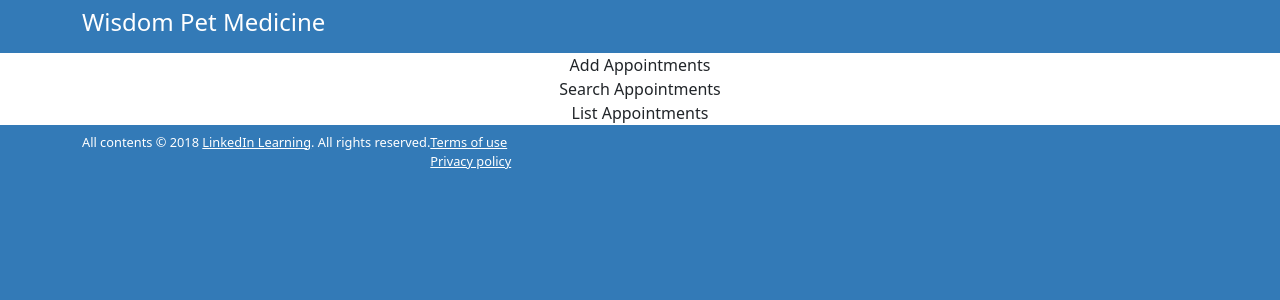
Repository: DevLuDaley/reactinterface
Page: /
An editor plug-in stored every save of this project. The page is shown before and after the next save, followed by the edit.
The browser window is 1280 px wide. The pictures show the whole page.
The project was rebuilt for these pictures with package versions that can differ from the ones it lists, and the page was loaded fresh each time.

Above is the page before, as saved 2021-02-04 16:00:26.

### public/index.html
<!DOCTYPE html>
<html lang="en">
  <head>
    <meta charset="utf-8" />
    <link rel="icon" href="%PUBLIC_URL%/favicon.ico" />
    <meta name="viewport" content="width=device-width, initial-scale=1" />
    <meta name="theme-color" content="#000000" />
    <meta
      name="description"
      content="Web site created using create-react-app"
    />
    <link rel="apple-touch-icon" href="%PUBLIC_URL%/logo192.png" />
    <!--
      manifest.json provides metadata used when your web app is installed on a
      user's mobile device or desktop. See https://developers.google.com/web/fundamentals/web-app-manifest/
    -->
    <link rel="manifest" href="%PUBLIC_URL%/manifest.json" />
    <!--
      Notice the use of %PUBLIC_URL% in the tags above.
      It will be replaced with the URL of the `public` folder during the build.
      Only files inside the `public` folder can be referenced from the HTML.

      Unlike "/favicon.ico" or "favicon.ico", "%PUBLIC_URL%/favicon.ico" will
      work correctly both with client-side routing and a non-root public URL.
      Learn how to configure a non-root public URL by running `npm run build`.
    -->
    <title>React App</title>
  </head>
  <body>
    <noscript>You need to enable JavaScript to run this app.</noscript>
    <header class="container text-white">
      <h4 class="py-2">Wisdom Pet Medicine</h4>
    </header>

    <div id="root"></div>

    <footer class="container d-flex text-white py-2">
      <p>
        All contents &copy; 2018
        <a href="https://www.linkedin.com/learning">LinkedIn Learning</a>. All
        rights reserved.
      </p>
      <div class="ml-auto">
        <a class="d-block text-white" href="#">Terms of use</a>
        <a class="d-block text-white" href="#">Privacy policy</a>
      </div>
      <!-- col-md-6 -->
    </footer>
    <!-- footer -->
  </body>
</html>

### src/index.js
import React from 'react';
import ReactDOM from 'react-dom';
import 'bootstrap/dist/css/bootstrap.css'
import './css/index.css';
import App from './components/App';
import reportWebVitals from './reportWebVitals';
// import * as serviceWorker from './serviceWorker';
import 'jquery/dist/jquery'
import 'popper.js/dist/umd/popper'
import 'bootstrap/dist/js/bootstrap'

ReactDOM.render(
  <React.StrictMode>
    <App />
  </React.StrictMode>,
  document.getElementById('root')
);

// If you want to start measuring performance in your app, pass a function
// to log results (for example: reportWebVitals(console.log))
// or send to an analytics endpoint. Learn more: https://bit.ly/CRA-vitals
// serviceWorker.unregister()
reportWebVitals();

### src/components/App.js
import '../css/App.css';

function App() {
  return (
    <div className="App">
            <main className="page bg-white" id="petratings">
        <div className="container">
          <div className="row">
            <div className="col-md-12 bg-white">
              <div className="container">
                <div>Add Appointments</div>
                <div>Search Appointments</div>
                <div>List Appointments</div>
              </div>
            </div>
          </div>
        </div>
      </main>
    </div>
  );
}

export default App;

Loaded but not shown: src/css/index.css (common file); src/reportWebVitals.js (common file); src/css/App.css (common file)

After the next save:
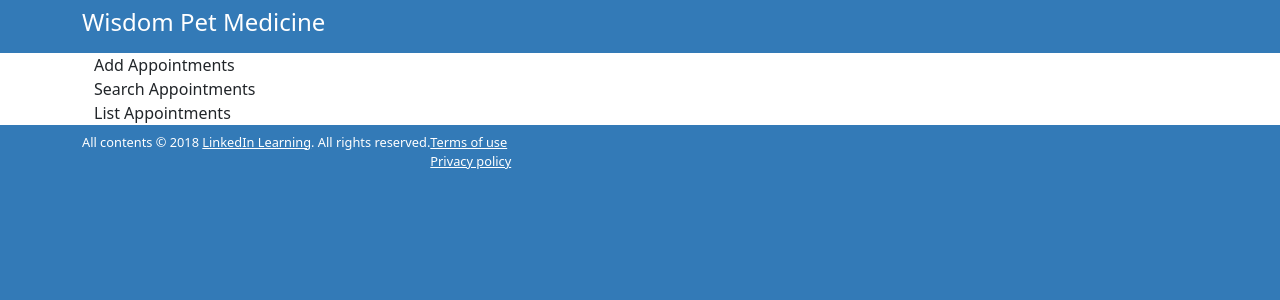
Saved 5 s later.
--- a/src/components/App.js
+++ b/src/components/App.js
@@ -2,7 +2,7 @@ import '../css/App.css';
 
 function App() {
   return (
-    <div className="App">
+    // <div className="App">
             <main className="page bg-white" id="petratings">
         <div className="container">
           <div className="row">
@@ -16,7 +16,7 @@ function App() {
           </div>
         </div>
       </main>
-    </div>
+    // </div>
   );
 }
 
